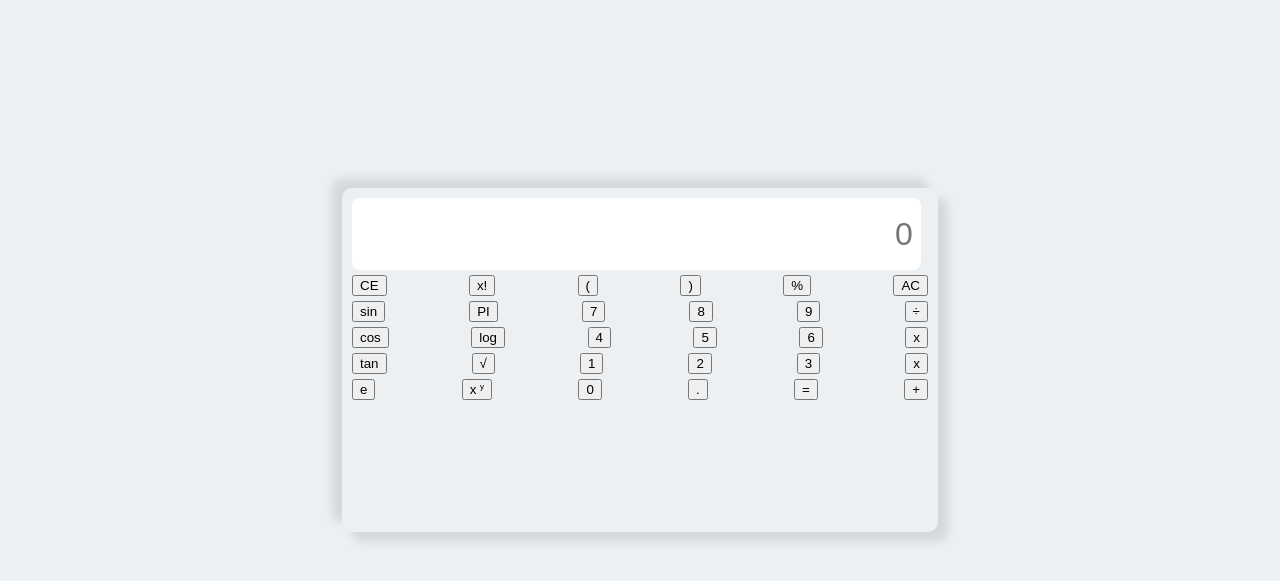
Repository: Haakim19/Scientific-Calculator
Page: intex.html
An editor plug-in stored every save of this project. The page is shown before and after the next save, followed by the edit.
The browser window is 1280 px wide. The pictures show the whole page.

Above is the page before, as saved 2024-10-27 12:01:01.

After the next save:
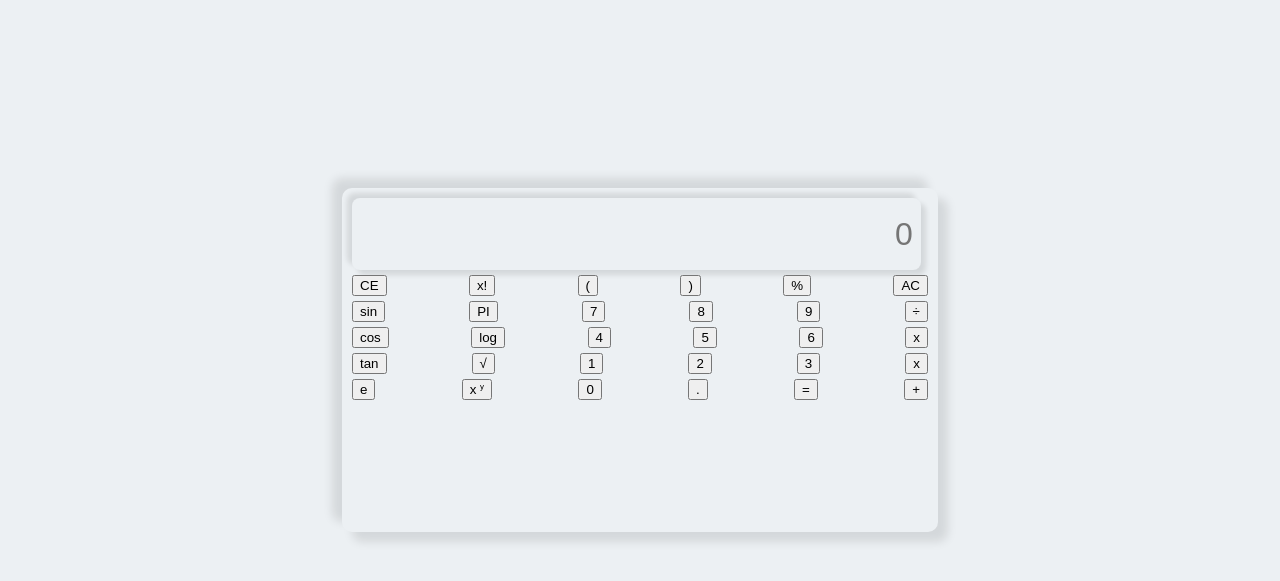
Saved 35 s later.
--- a/Style.css
+++ b/Style.css
@@ -27,6 +27,9 @@ body{
     padding-right: 0.5rem;
     font-size: 2em;
     border-radius: 8px;
+    background:#ecf0f3;
+    box-shadow: 5px 5px 5px rgba(0, 0, 0, 0.1),
+                -5px -5px 5px rgba(0, 0, 0, 0.1);
 
 }
 .row{
